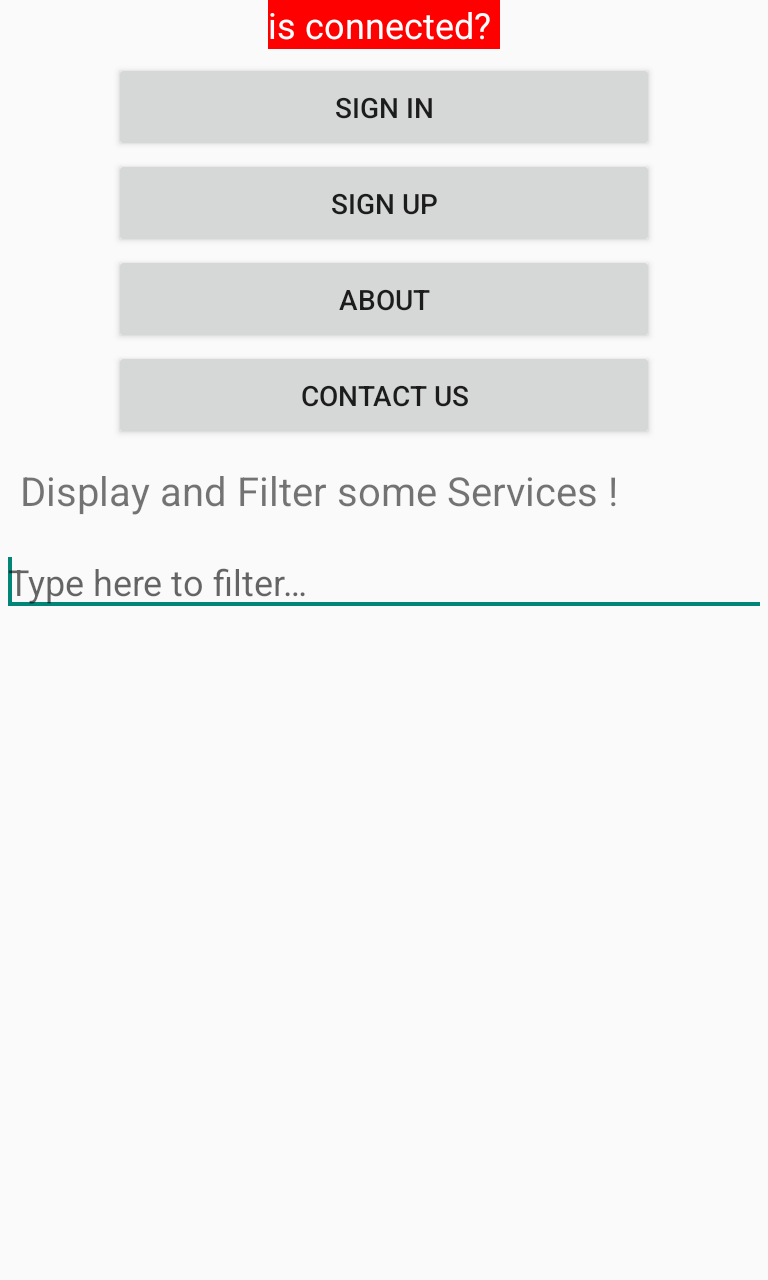
Repository: HAYKEL88/MASTER2_PFE
Layout: PFE_ANDROID/res/layout/activity_welcome_user.xml
The author's editor kept a copy of each file at every save. The layout is drawn from the files as they stood at one save, then again after the next save.
It is drawn on a 768 x 1280 px phone screen (xhdpi) without system bars, with theme AppTheme; the app's code is not run.

Above is the layout before, as saved 2014-12-20 14:13:52.

After the next save:
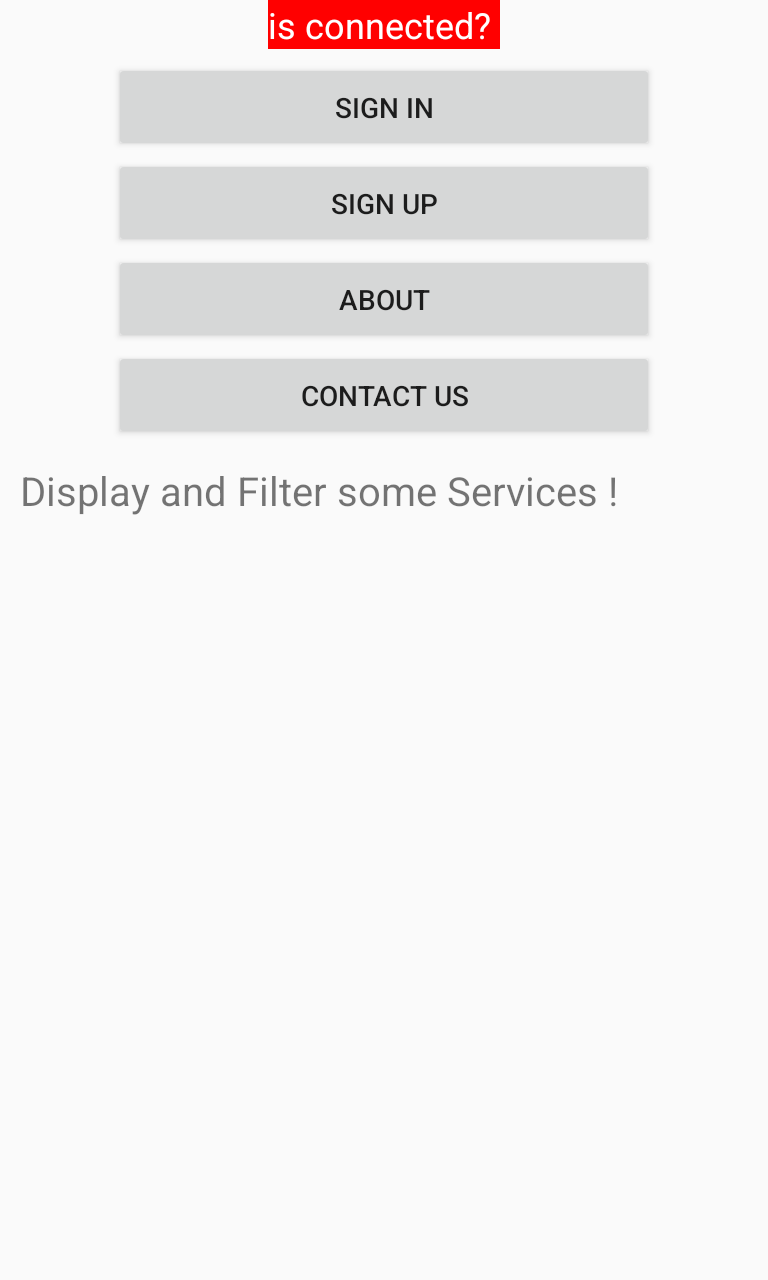
Saved 16 s later.
--- a/PFE_ANDROID/res/layout/activity_welcome_user.xml
+++ b/PFE_ANDROID/res/layout/activity_welcome_user.xml
@@ -52,11 +52,7 @@
   		android:layout_height="wrap_content" android:padding="10dp"
   		android:text="@string/some_services" android:textSize="20sp" />
 
- 	<EditText android:id="@+id/myFilter" android:layout_width="match_parent"
-  		android:layout_height="wrap_content" android:ems="10"
-  		android:hint="@string/some_hint">
-  	<requestFocus />
- 	</EditText>
+
 
 
 
